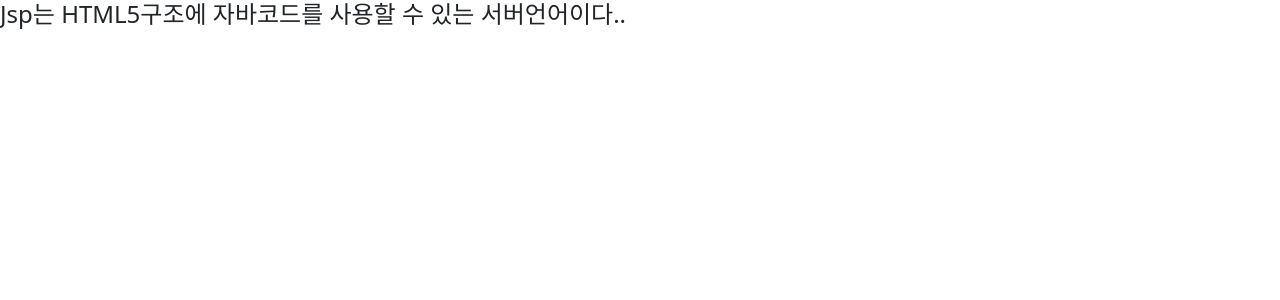
Repository: GANADAG/jspProject
Page: http://localhost/JspProject/day0228/jspStart_01.jsp
The author's editor kept a copy of each file at every save. The page is drawn from the files as they stood at one save, then again after the next save.
The browser window is 1280 px wide. The pictures show the whole page.
Some web fonts or font styles are not loaded; a fallback is used. The page is served by Tomcat 9.

Above is the page before, as saved 2024-02-28 01:02:36.

After the next save:
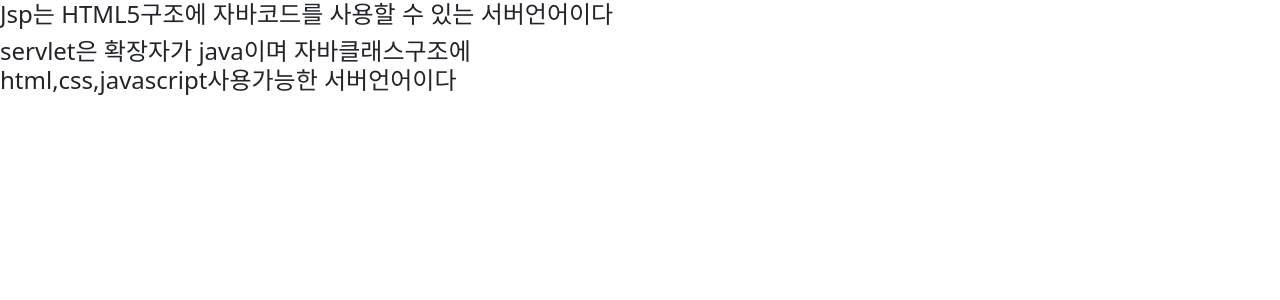
Saved 74 s later.
--- a/JspProject/src/main/webapp/day0228/jspStart_01.jsp
+++ b/JspProject/src/main/webapp/day0228/jspStart_01.jsp
@@ -11,6 +11,7 @@
 <title>Insert title here</title>
 </head>
 <body>
-	<h4>Jsp는 HTML5구조에 자바코드를 사용할 수 있는 서버언어이다..</h4>
+	<h4>Jsp는 HTML5구조에 자바코드를 사용할 수 있는 서버언어이다</h4>
+	<h4>servlet은 확장자가 java이며 자바클래스구조에<br>html,css,javascript사용가능한 서버언어이다</h4>
 </body>
 </html>
